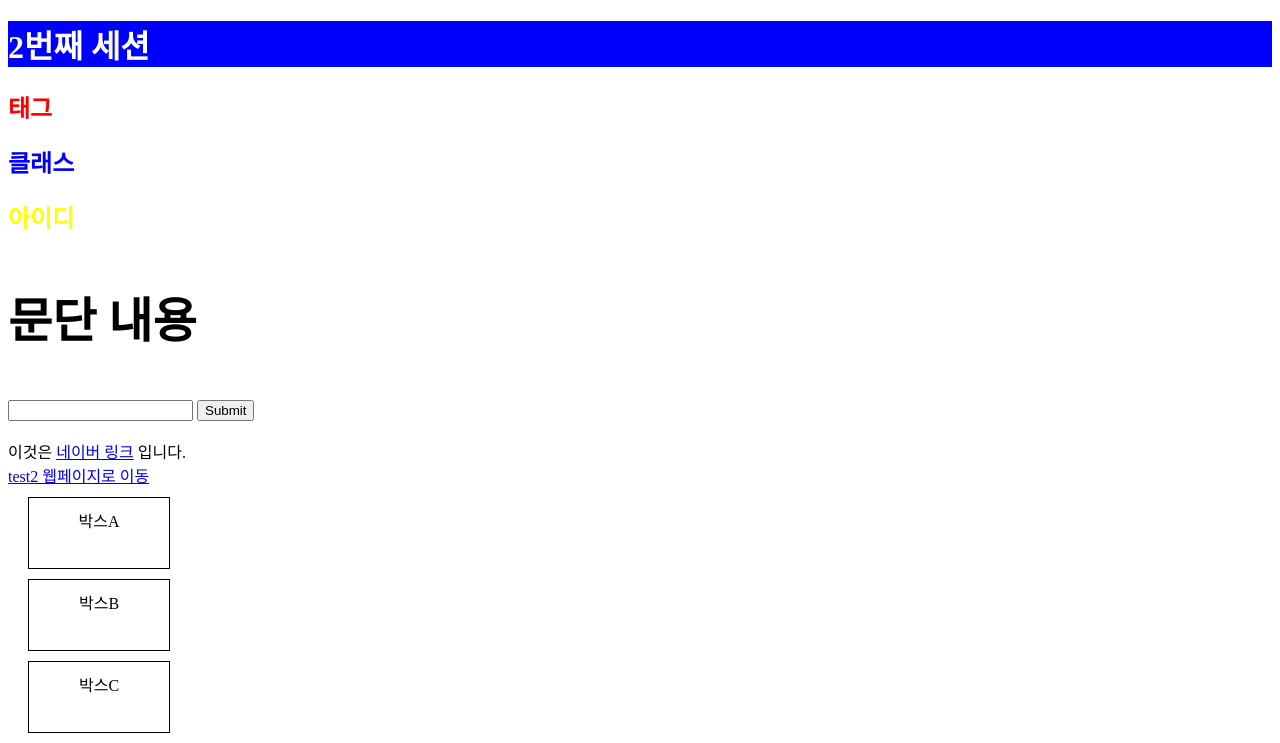
Repository: roseline0912/LikeLion
Page: Day1/test1.html
The author's editor kept a record of every edit. The page is drawn from the files as they stood at one moment, then again after the next edit.
The browser window is 1280 px wide. The pictures show the whole page.

Above is the page before.

After the next edit:
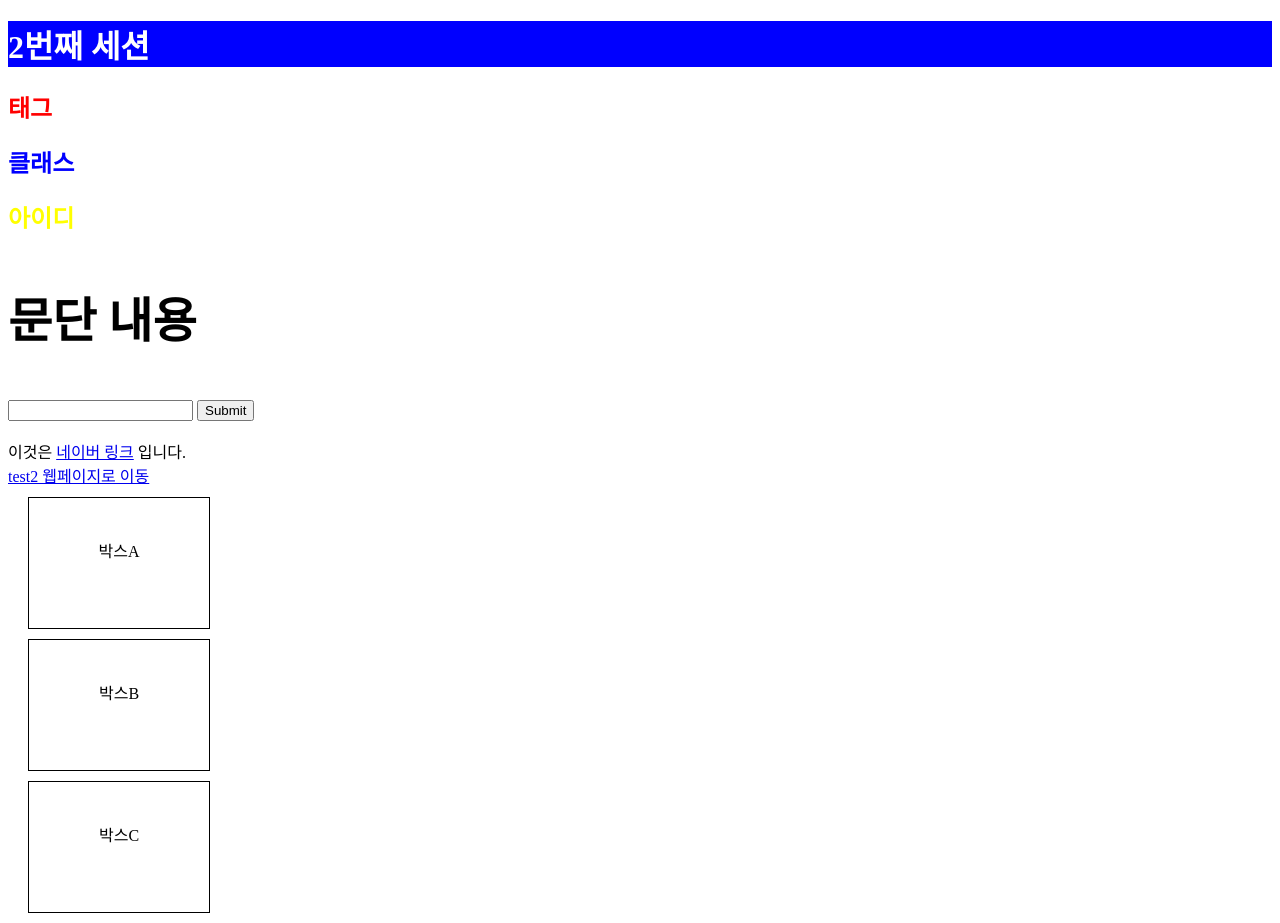
The edit:
--- a/Day1/test.css
+++ b/Day1/test.css
@@ -29,6 +29,6 @@
 
     text-align: center;
     vertical-align:middle;
-    padding:10px 20px;     /*박스 내부에 여유를 줌*/
+    padding:40px 40px;     /*박스 내부에 여유를 줌*/
     margin:10px 20px;       /*박스 외부에 여유를 줌*/
 }
